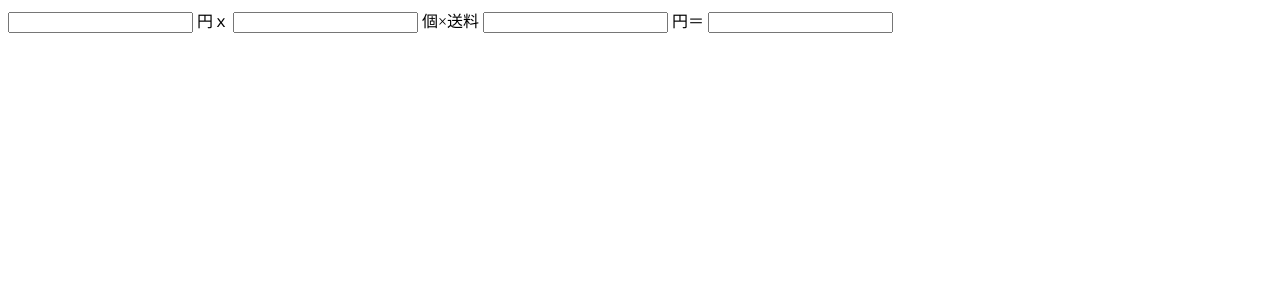
Repository: ryotarko/test
Page: http://localhost/HelloJSP/
These files come from the project's save history. The page is drawn as it stood at one moment and after the next save; the edit follows.
The browser window is 1280 px wide. The pictures show the whole page.
The page is served by Tomcat 9.

Above is the page before, as saved 2018-10-11 07:05:23.

### HelloJSP/WebContent/index.jsp
<%@ page language="java" contentType="text/html; charset=UTF-8"
    pageEncoding="UTF-8"%>
<!DOCTYPE html PUBLIC "-//W3C//DTD HTML 4.01 Transitional//EN" "http://www.w3.org/TR/html4/loose.dtd">
<html>
<head>
<meta charset="utf-8">
<title>TEST</title>
</head>
<body>
<form method="post" action="total-out.jsp">
<input type ="text" name="price">
円ｘ
<input type ="text" name="count">
個×送料
<input type ="text" name="delivery">
円＝
<input type ="text" name="計算">
</form>
</body>
</html>

After the next save:
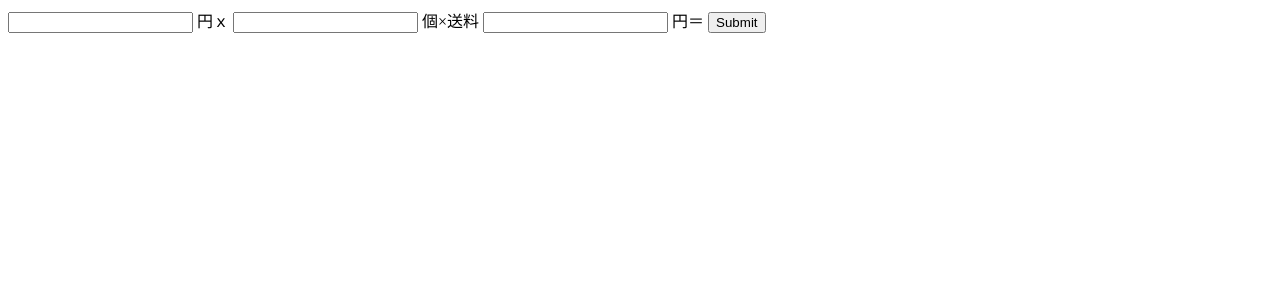
Saved 84 s later.
--- a/HelloJSP/WebContent/index.jsp
+++ b/HelloJSP/WebContent/index.jsp
@@ -14,7 +14,7 @@
 個×送料
 <input type ="text" name="delivery">
 円＝
-<input type ="text" name="計算">
+<input type ="submit" name="計算">
 </form>
 </body>
 </html>
